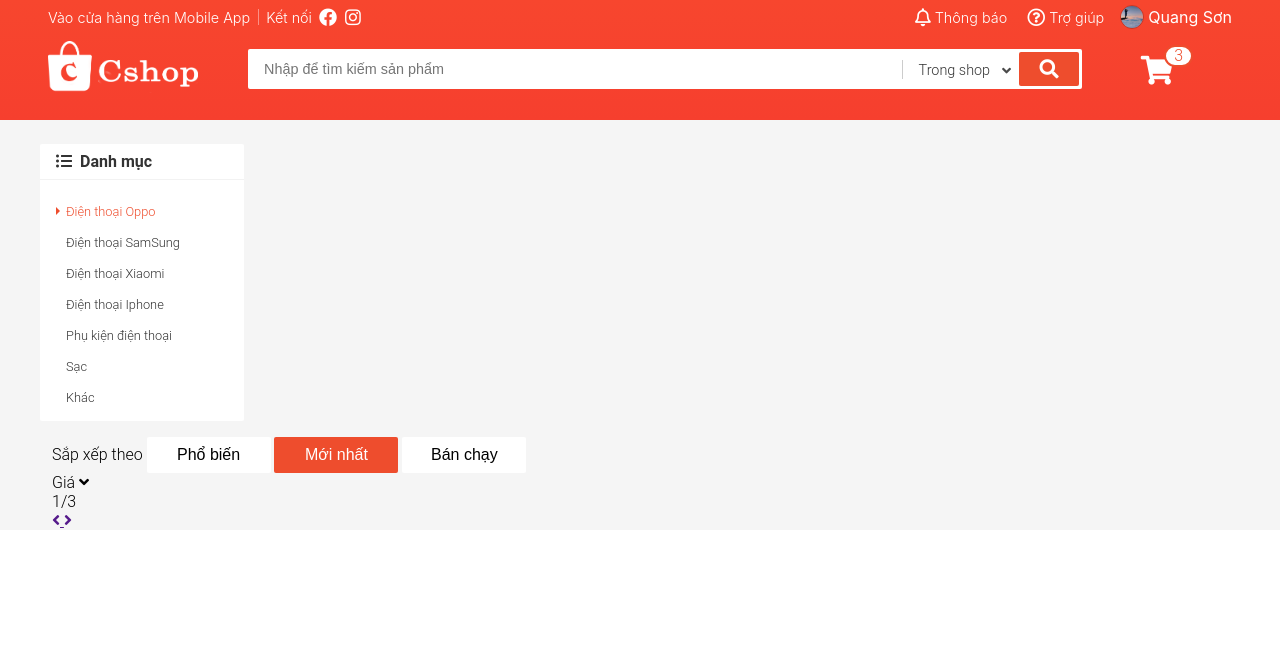
Repository: Qson412/BTL_Web
Page: index.html
An editor plug-in stored every save of this project. The page is shown before and after the next save, followed by the edit.
The browser window is 1280 px wide. The pictures show the whole page.

Above is the page before, as saved 2021-11-30 23:17:49.

After the next save:
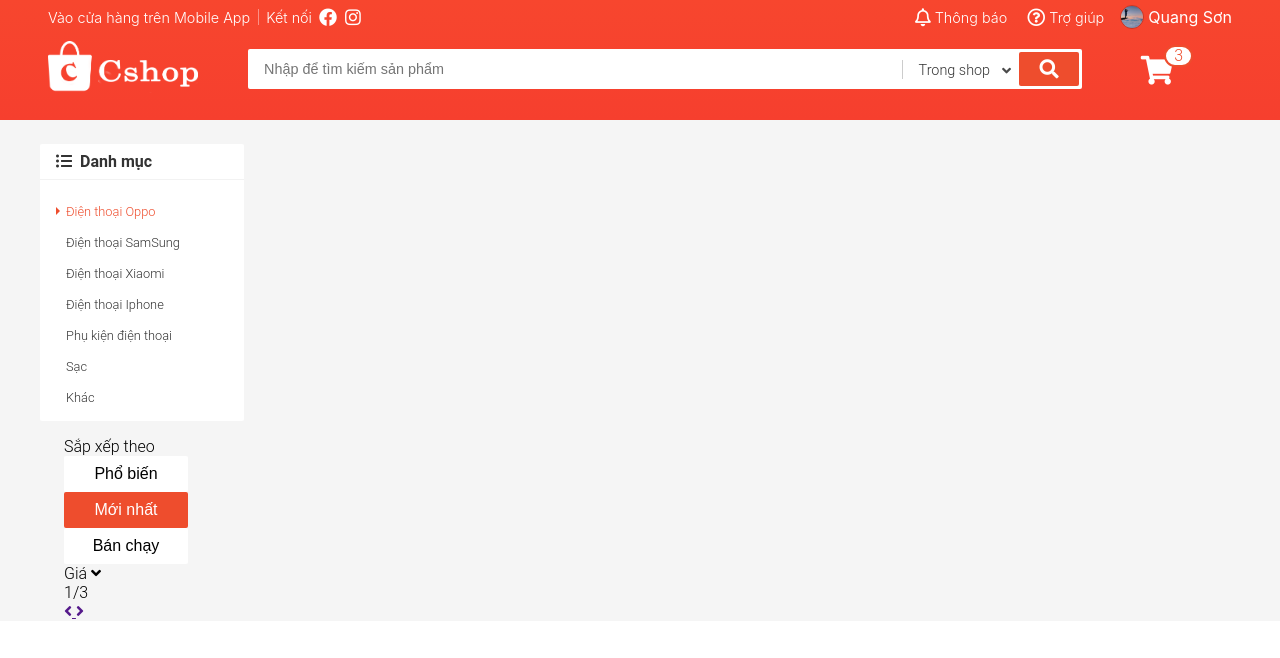
Saved 118 s later.
--- a/index.html
+++ b/index.html
@@ -308,9 +308,8 @@
                          </li>
                      </ul>
                  </nav>
-                </div>
-
-                <div class="grid__column-10">
+
+                 <div class="grid__column-10">
                     <div class="home-filter">
                         <span class="home-filter__label">Sắp xếp theo</span>
                         <button class="btn">Phổ biến</button>
@@ -339,6 +338,9 @@
 
                     </div>
                 </div>
+                </div>
+
+
             </div>
            </div>
         </div>

After the save that followed:
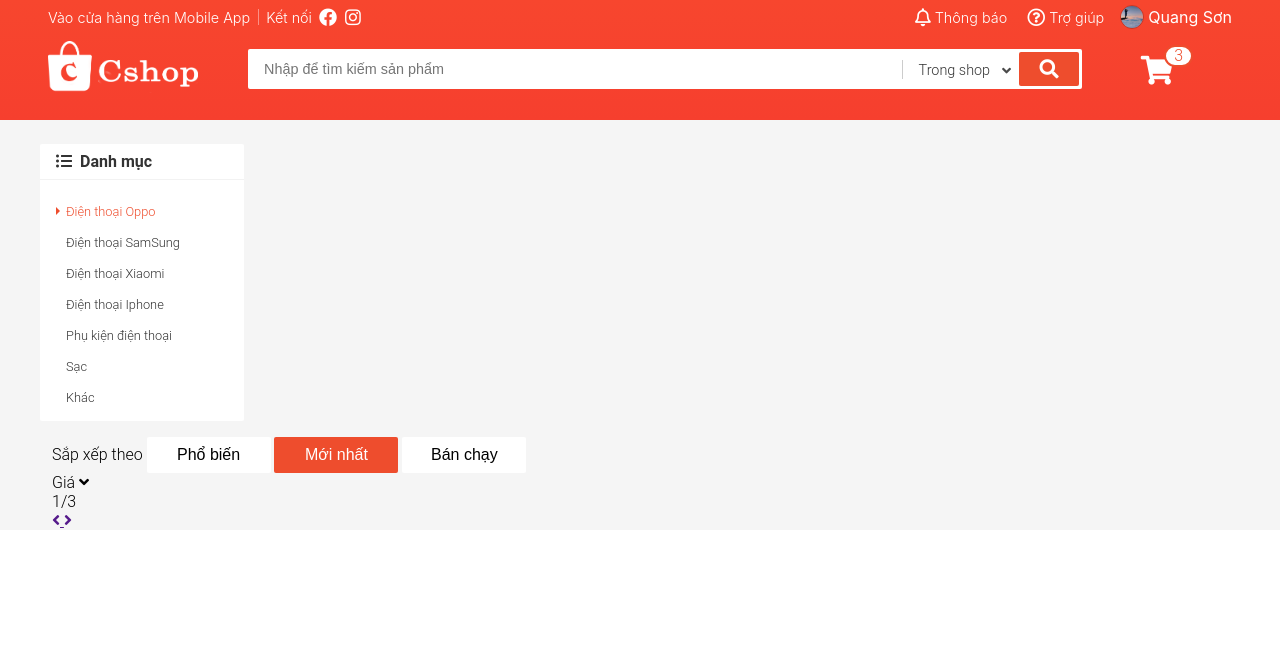
Saved 40 s later.
--- a/index.html
+++ b/index.html
@@ -308,8 +308,9 @@
                          </li>
                      </ul>
                  </nav>
-
-                 <div class="grid__column-10">
+                </div>
+
+                <div class="grid__column-10">
                     <div class="home-filter">
                         <span class="home-filter__label">Sắp xếp theo</span>
                         <button class="btn">Phổ biến</button>
@@ -338,8 +339,6 @@
 
                     </div>
                 </div>
-                </div>
-
 
             </div>
            </div>
